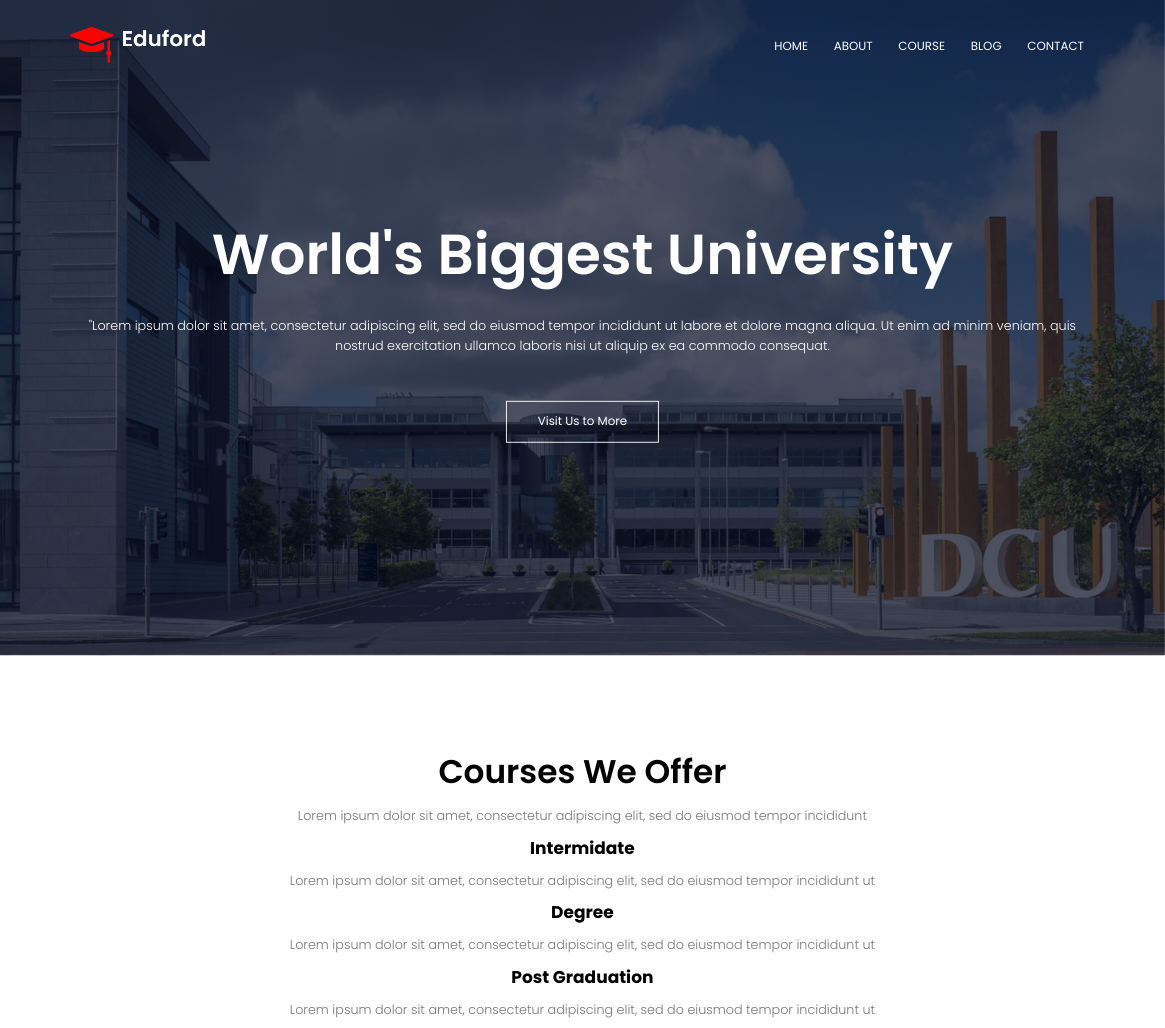
Repository: dewaary/company-profile
Page: index.html
The author's editor kept a copy of each file at every save. The page is drawn from the files as they stood at one save, then again after the next save.
The browser window is 1280 px wide. The pictures show the whole page, at 91% of full size.

Above is the page before, as saved 2021-05-06 22:13:29.

### index.html
<!DOCTYPE html>
<html lang="en">

<head>
    <meta charset="UTF-8">
    <meta http-equiv="X-UA-Compatible" content="IE=edge">
    <meta name="viewport" content="width=device-width, initial-scale=1.0">
    <title>University Website Design</title>
    <link rel="stylesheet" href="style.css">
    <link rel="preconnect" href="https://fonts.gstatic.com">
    <link href="https://fonts.googleapis.com/css2?family=Poppins:wght@200;300;400;600;700&display=swap"
        rel="stylesheet">
    <link rel="stylesheet"
        href="https://cdn.jsdelivr.net/npm/@fortawesome/fontawesome-free@5.15.3/css/fontawesome.min.css">
</head>

<body>

    <section class="header">
        <nav>
            <a href="index.html"><img src="images/logo.png"></a>
            <div class="nav-links" id="navLinks">
                <i class="fa fa-times" onclick="hideMenu()"></i>
                <ul>
                    <li><a href="">HOME</a></li>
                    <li><a href="">ABOUT</a></li>
                    <li><a href="">COURSE</a></li>
                    <li><a href="">BLOG</a></li>
                    <li><a href="">CONTACT</a></li>
                </ul>
            </div>
            <i class="fa fa-bars" onclick="showMenu()"></i>
        </nav>

        <div class="text-box">
            <h1>World's Biggest University</h1>
            <p>"Lorem ipsum dolor sit amet, consectetur adipiscing elit, sed do eiusmod tempor incididunt ut labore et
                dolore magna aliqua. Ut enim ad minim veniam, quis nostrud exercitation ullamco laboris nisi ut aliquip
                ex ea commodo consequat.</p>
            <a href="" class="hero-btn">Visit Us to More</a>
        </div>
    </section>

     <!---- Courses ---->

     <section class="course">
        <h1>Courses We Offer</h1>
        <p>Lorem ipsum dolor sit amet, consectetur adipiscing elit, sed do eiusmod tempor incididunt</p>
        <div class="row">
            <div class="course-col">
                <h3>Intermidate</h3>
                <p>Lorem ipsum dolor sit amet, consectetur adipiscing elit, sed do eiusmod tempor incididunt ut</p>
            </div>

            <div class="course-col">
                <h3>Degree</h3>
                <p>Lorem ipsum dolor sit amet, consectetur adipiscing elit, sed do eiusmod tempor incididunt ut</p>
            </div>

            <div class="course-col">
                <h3>Post Graduation</h3>
                <p>Lorem ipsum dolor sit amet, consectetur adipiscing elit, sed do eiusmod tempor incididunt ut</p>
            </div>
        </div>
     </section>


    <!---- Javascript for Toggle Menu ---->
    <script>
        var navLinks = document.getElementById("navLinks");

        function showMenu() {
            navLinks.style.right = "0";
        }
        function hideMenu() {
            navLinks.style.right = "-200px";
        }
    </script>

</body>

</html>

### style.css
* {
  margin: 0;
  padding: 0;
  font-family: "Poppins", sans-serif;
}

.header {
  min-height: 100vh;
  width: 100%;
  background-image: linear-gradient(rgba(4, 9, 30, 0.7), rgba(4, 9, 30, 0.7)),
    url(images/banner.png);
  background-position: center;
  background-size: cover;
  position: relative;
}

nav {
  display: flex;
  padding: 2% 6%;
  justify-content: space-between;
  align-items: center;
}

nav img {
  width: 150px;
}

.nav-links {
  flex: 1;
  text-align: right;
}

.nav-links ul li {
  list-style: none;
  display: inline-block;
  padding: 8px 12px;
  position: relative;
}

.nav-links ul li a {
  color: #fff;
  text-decoration: none;
  font-size: 13px;
}

.nav-links ul li::after {
  content: "";
  width: 0%;
  height: 2px;
  background: #f44336;
  display: block;
  margin: auto;
  transition: 0.5s;
}

.nav-links ul li:hover::after {
  width: 100%;
}

.text-box {
  width: 90%;
  color: #fff;
  position: absolute;
  top: 50%;
  left: 50%;
  transform: translate(-50%, -50%);
  text-align: center;
}

.text-box h1 {
  font-size: 62px;
}

.text-box p {
  margin: 10px 0 40px;
  font-size: 14px;
  color: #fff;
}

.hero-btn {
  display: inline-block;
  text-decoration: none;
  color: #fff;
  border: 1px solid #fff;
  padding: 12px 34px;
  font-size: 13px;
  background: transparent;
  position: relative;
  cursor: pointer;
}

.hero-btn:hover {
  border: 1px solid #f44336;
  background: #f44336;
  transition: 1s;
}

nav .fa{
    display: none;
}

@media (max-width: 700px) {
  .text-box h1 {
    font-size: 20px;
  }

  .nav-links ul li {
    display: block;
  }
  .nav-links {
    position: absolute;
    background: #f44336;
    height: 100vh;
    width: 200px;
    top: 0;
    right: -200px;
    text-align: left;
    z-index: 2;
    transition: 1s;
  }

  nav .fa{
      display: block;
      color: #fff;
      margin: 10px;
      font-size: 22px;
      cursor: pointer;
  }

  .nav-links ul {
      padding: 30px;
  }
}

 /*---- Course ------ */

 .course{
     width: 80%;
     margin: auto;
     text-align: center;
     padding-top: 100px;
 }

 h1{
     font-size: 36px;
     font-weight: 600;
 }

 p{
     color: #777;
     font-size: 14px;
     font-weight: 300;
     line-height: 22px;
     padding: 10px;

 }

After the next save:
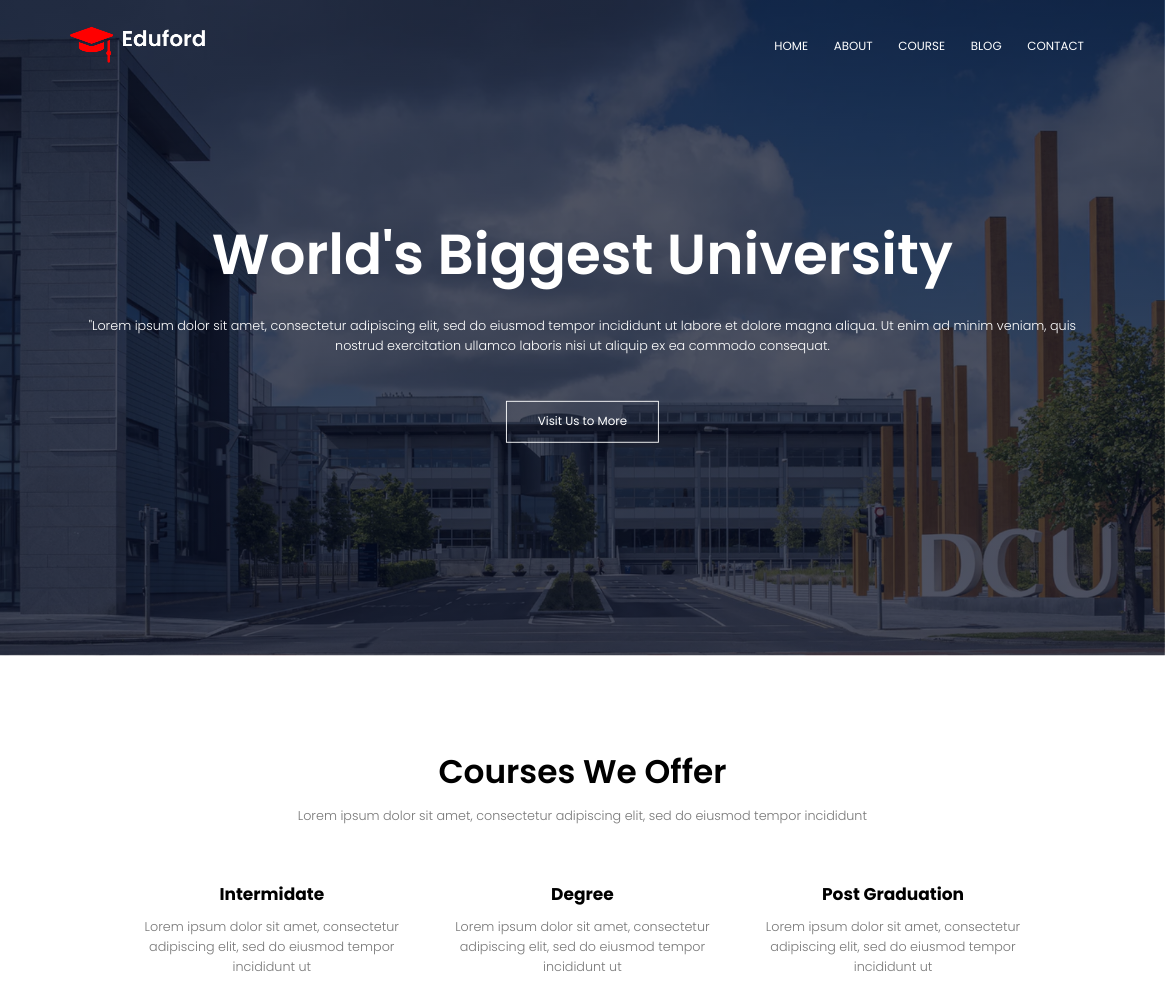
Saved 91 s later.
--- a/style.css
+++ b/style.css
@@ -154,3 +154,9 @@ nav .fa{
      padding: 10px;
 
  }
+
+ .row{
+     margin-top: 5%;
+     display: flex;
+     justify-content: space-between;
+ }
